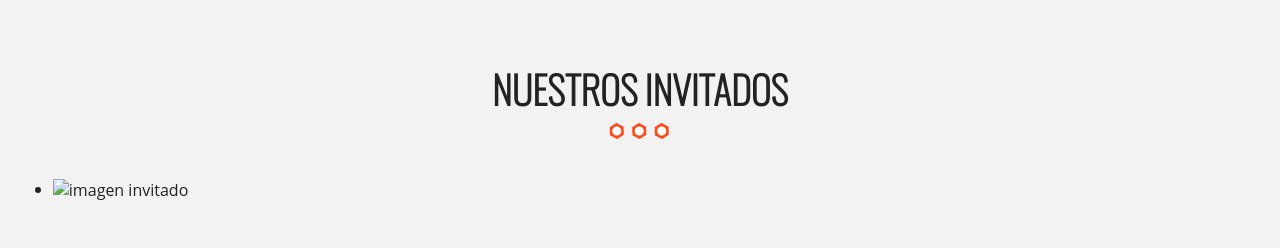
Repository: edgarhdzp/pagina-conferencias-reservaciones
Page: index.html
The author's editor kept a copy of each file at every save. The page is drawn from the files as they stood at one save, then again after a run of saves.
The browser window is 1280 px wide. The pictures show the part of the page from y = 2151 to 2675 px (the page is 2399 px tall before and 2675 px after).

Above is the page before, as saved 2020-06-29 20:56:15.

After the next 2 saves:
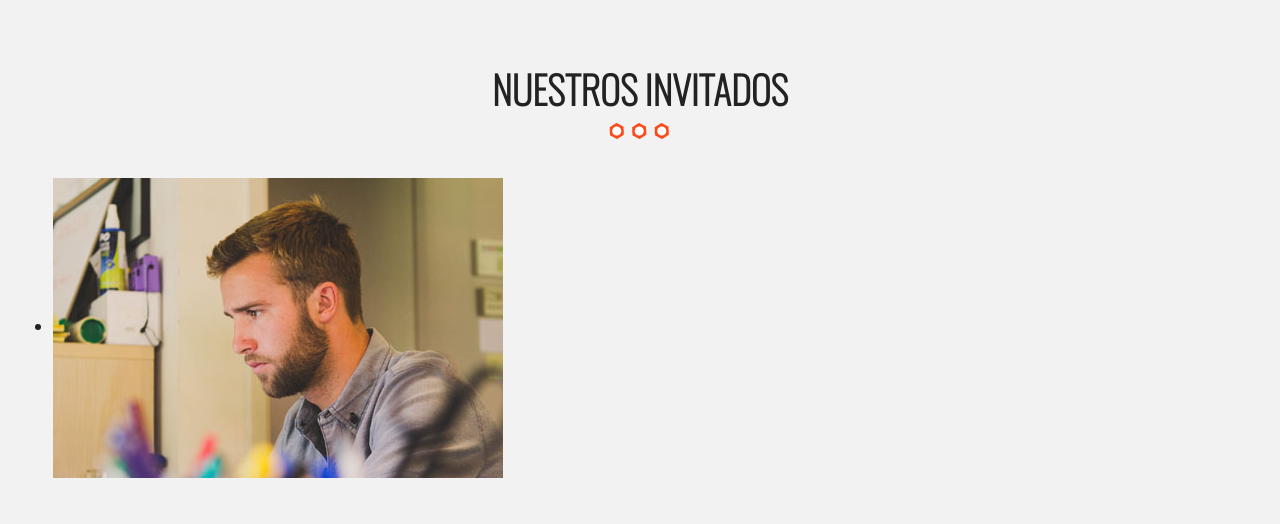
The 2 saves are shown as one change because they came seconds apart.
The last was saved 10 s later.
--- a/index.html
+++ b/index.html
@@ -117,7 +117,7 @@
         <ul class="lista-invitados clearfix">
             <li>
                 <div class="invitado">
-                    <img src="" alt="imagen invitado">
+                    <img src="img/invitado1.jpg" alt="imagen invitado">
                 </div>
             </li>
         </ul>
